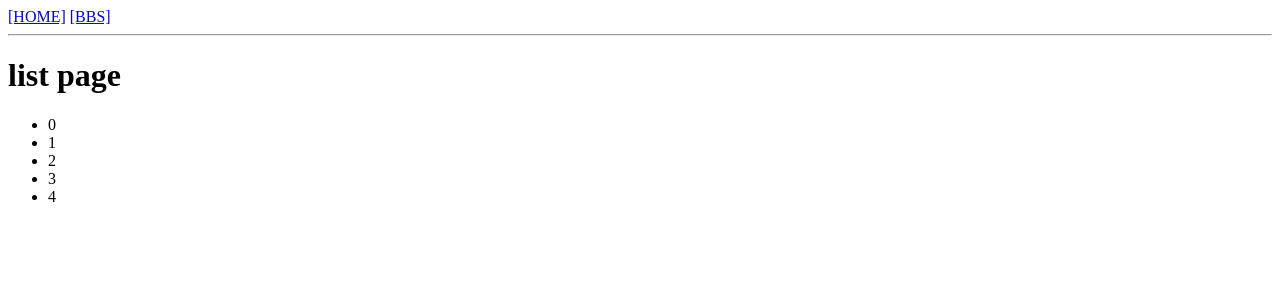
Repository: hwa3845/fullstackjava
Page: http://localhost/web04/bbs/index.jsp
These files come from the project's save history. The page is drawn as it stood at one moment and after the next save; the edit follows.
The browser window is 1280 px wide. The pictures show the whole page.
The page is served by Tomcat 9.

Above is the page before, as saved 2025-04-16 07:20:22.

### webWorkspace/web04/WebContent/bbs/index.jsp
<%@ page language="java" contentType="text/html; charset=UTF-8"
    pageEncoding="UTF-8"%>
<!DOCTYPE html PUBLIC "-//W3C//DTD HTML 4.01 Transitional//EN" "http://www.w3.org/TR/html4/loose.dtd">
<html>
<head>
<meta http-equiv="Content-Type" content="text/html; charset=UTF-8">
<title>Insert title here</title>
</head>
<body>
<a href="../">[HOME]</a>
<a href="./">[BBS]</a>
<hr>
<h1>list page</h1>
<ul>
<%
for(int i=0; i<5; i++){
%>
	<li><%=i %></li>
<%
}
%>
</ul>
</body>
</html>

After the next save:
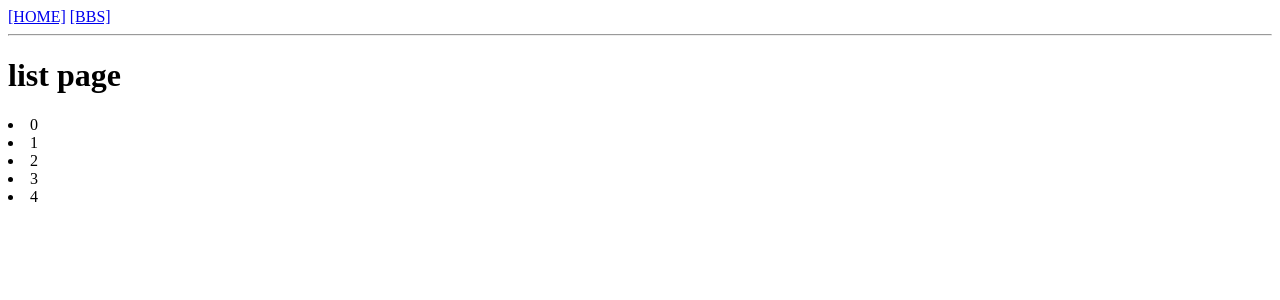
Saved 41 s later.
--- a/webWorkspace/web04/WebContent/bbs/index.jsp
+++ b/webWorkspace/web04/WebContent/bbs/index.jsp
@@ -11,7 +11,7 @@
 <a href="./">[BBS]</a>
 <hr>
 <h1>list page</h1>
-<ul>
+<dl>
 <%
 for(int i=0; i<5; i++){
 %>
@@ -19,6 +19,6 @@
 <%
 }
 %>
-</ul>
+</dl>
 </body>
 </html>
